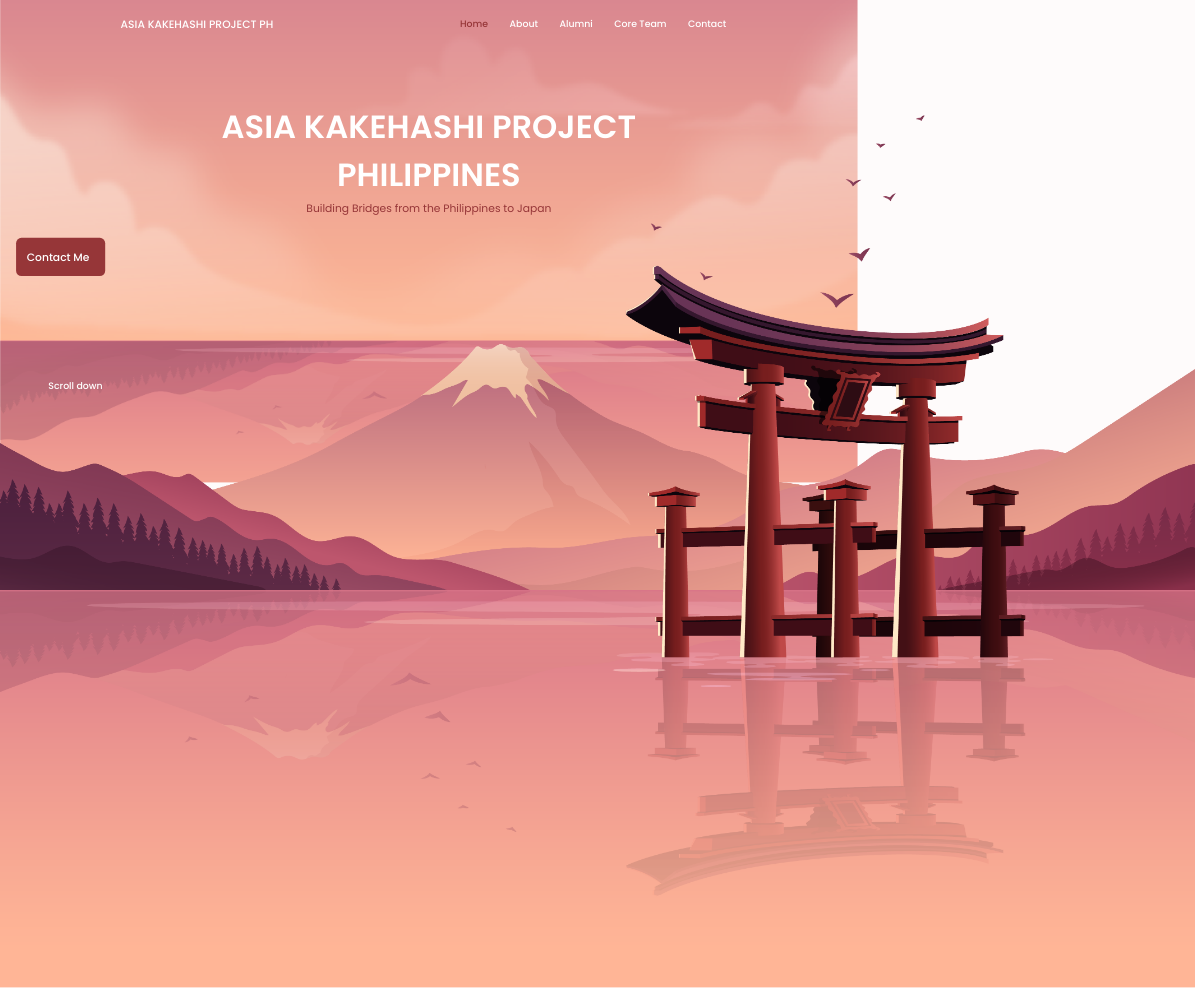
Repository: Aishie123/AKP-PH
Page: index.html
These files come from the project's save history. The page is drawn as it stood at one moment and after a run of saves; the edit follows.
The browser window is 1280 px wide. The page is 1784 px wide, then 1280 px, so the pictures cover 1784 px, including what lies to the right of the window. The pictures show the whole page, at 67% of full size.
Some icons come from a web library that is not loaded, so they are not drawn.

Above is the page before, as saved 2024-02-16 00:35:08.

### index.html
<!DOCTYPE html>
    <html lang="en">
    <head>
        <meta charset="UTF-8">
        <meta name="viewport" content="width=device-width, initial-scale=1.0">

        <!--==================== UNICONS ====================-->
        <link rel="stylesheet" href="https://unicons.iconscout.com/release/v4.0.8/css/line.css">


        <!--==================== CSS ====================-->
        <link rel="stylesheet" href="assets/css/styles.css">

        <title>Asia Kakehashi Project Philippines</title>
    </head>
    <body>
        <!--==================== HEADER ====================-->
        <header class="header" id="header">
            <nav class="nav container">
                <a href="#" class="nav__logo">ASIA KAKEHASHI PROJECT PH</a>

                <div class="nav__menu" id="nav-menu">
                    <ul class="nav__list grid">
                        <li class="nav__item">
                            <a href="#home" class="nav__link active-link">
                                <i class="uil uil-estate nav__icon"></i>Home
                            </a>
                        </li>
                        <li class="nav__item">
                            <a href="" class="nav__link">
                                <i class="uil uil-user nav__icon"></i>About
                            </a>
                        </li>
                        <li class="nav__item">
                            <a href="" class="nav__link">
                                <i class="uil uil-file-alt nav__icon"></i>Alumni
                            </a>
                        </li>
                        <li class="nav__item">
                            <a href="" class="nav__link">
                                <i class="uil uil-briefcase-alt nav__icon"></i>Core Team
                            </a>
                        </li>
                        <li class="nav__item">
                            <a href="#contact" class="nav__link">
                                <i class="uil uil-message nav__icon"></i>Contact
                            </a>
                        </li>
                    </ul>
                    <i class="uil uil-times nav__close" id="nav-close"></i>
                </div>

                <div class="nav__btns">
                    <!-- Theme change button -->
                    <i class="uil uil-moon change-theme" id="theme-button"></i>

                    <div class="nav__toggle" id="nav-toggle">
                        <i class="uil uil-apps"></i>
                    </div>
                </div>

            </nav>
        </header>

        <!--==================== MAIN ====================-->
        <main class="main">
            <!--==================== HOME ====================-->
            <section class="home section" id="home">
                <div class="home__container container grid">
                    <div class="home__content grid">
                        <div class="home__data">
                            <h1 class="home__title">ASIA KAKEHASHI PROJECT<br>PHILIPPINES</h1>
                            <p class="home__description">Building Bridges from the Philippines to Japan</p>
                            <a href="#contact" class="button button--flex">
                                Contact Me <i class="uil uil-message button__icon"></i>
                            </a>
                        </div>
                        <div class="home__parallax">
                            <img src="assets/img/bg/600ppi/Front_Mountains.png" id="front-mountains">
                        </div>
                    </div>

                    <div class="home__scroll">
                        <a href="#about" class="home__scroll-button button--flex">
                            <i class="uil uil-mouse-alt home__scroll-mouse"></i>
                            <span class="home__scroll-name">Scroll down</span>
                            <i class="uil uil-arrow-down home__scroll-arrow"></i>
                        </a>
                    </div>
                </div>
            </section>





        <!--==================== SCROLL TOP ====================-->
        <a href="" class="scrollup" id="scroll-up">
            <i class="uil uil-arrow-up scrollup__icon"></i>
        </a>

        <!--==================== MAIN JS ====================-->
        <script src="assets/js/main.js"></script>
    </body>
</html>

### assets/css/styles.css
/*==================== GOOGLE FONTS ====================*/
@import url('https://fonts.googleapis.com/css2?family=Poppins:wght@400;500;600&display=swap');

/*==================== VARIABLES CSS ====================*/
:root {
    --header-height: 3rem;

    /*========== Colors ==========*/
    /* Change favorite color */
    --hue-color: 359;

    /* HSL color mode */
    --first-color: hsl(var(--hue-color), 47%, 40%);
    --first-color-second: hsl(var(--hue-color), 47%, 40%);
    --first-color-alt: hsl(var(--hue-color), 35%, 32%);
    --first-color-lighter: hsl(var(--hue-color), 70%, 64%);
    --title-color: var(--container-color);
    --text-color: var(--first-color);
    --text-color-light: hsl(var(--hue-color), 8%, 65%);
    --input-color: hsl(var(--hue-color), 70%, 96%);
    --body-color: hsl(var(--hue-color), 60%, 99%);
    --container-color: #fff;
    --scroll-bar-color: hsl(var(--hue-color), 12%, 90%);
    --scroll-thumb-color: hsl(var(--hue-color), 12%, 80%);

    /*========== Font and typography ==========*/
    --body-font: 'Poppins', sans-serif;

    /* .5rem = 8px, 1rem = 16px, 1.5rem = 24px ... */
    --big-font-size: 2rem;
    --h1-font-size: 1.5rem;
    --h2-font-size: 1.25rem;
    --h3-font-size: 1.125rem;
    --normal-font-size: .938rem;
    --small-font-size: .813rem;
    --smaller-font-size: .75rem;

    /*========== Font weight ==========*/
    --font-medium: 500;
    --font-semi-bold: 600;

    /*========== Margins Bottom ==========*/
    /* .25rem = 4px, .5rem = 8px, .75rem = 12px ... */
    --mb-0-25: .25rem;
    --mb-0-5: .5rem;
    --mb-0-75: .75rem;
    --mb-1: 1rem;
    --mb-1-5: 1.5rem;
    --mb-2: 2rem;
    --mb-2-5: 2.5rem;
    --mb-3: 3rem;

    /*========== z index ==========*/
    --z-tooltip: 10;
    --z-fixed: 100;
    --z-modal: 1000;
}

/* Font size for large devices */
@media screen and (min-width: 968px) {
    :root {
        --big-font-size: 3rem;
        --h1-font-size: 2.25rem;
        --h2-font-size: 1.5rem;
        --h3-font-size: 1.25rem;
        --normal-font-size: 1rem;
        --small-font-size: .875rem;
        --smaller-font-size: .813rem;
    }
}

/*========== Variables Dark theme ==========*/
body.dark-theme{
  /* HSL color mode */
  --first-color-second: hsl(var(--hue-color), 30%, 8%);
  --title-color: var(--container-color);
  --text-color: hsl(var(--hue-color), 8%, 75%);
  --input-color: hsl(var(--hue-color), 29%, 16%);
  --body-color: hsl(var(--hue-color), 28%, 12%);
  --container-color: hsl(var(--hue-color), 29%, 16%);
  --scroll-bar-color: hsl(var(--hue-color), 12%, 48%);
  --scroll-thumb-color: hsl(var(--hue-color), 12%, 36%);
}

/*========== Button Dark/Light ==========*/
.nav__btns{
  display: flex;
  align-items: center;
}

.change-theme{
  font-size: 1.25rem;
  color: var(--title-color);
  margin-right: var(--mb-1);
  cursor: pointer;
}

.change-theme:hover{
  color: var(--first-color);
}

/*==================== BASE ====================*/
* {
  box-sizing: border-box;
  padding: 0;
  margin: 0;
}

html {
  scroll-behavior: smooth;
}

body {
  margin: 0 0 var(--header-height) 0;
  font-family: var(--body-font);
  font-size: var(--normal-font-size);
  background-color: var(--body-color);
  color: var(--text-color);
}

h1, h2, h3, h4 {
  color: var(--title-color);
  font-weight: var(--font-semi-bold);
}

ul {
  list-style: none;
}

a {
  text-decoration: none;
}

img {
  /*max-width: 100%;*/
  height: auto;
}

/*==================== REUSABLE CSS CLASSES ====================*/
/*
.section {
  padding: 2rem 0 4rem;
}
*/

.section__title {
  font-size: var(--h1-font-size);
  color: var(--title-color);
}

.section__subtitle {
  display: block;
  font-size: var(--small-font-size);
  margin-bottom: var(--mb-3);
}

.section__title,
.section__subtitle {
  text-align: center;
}

/*==================== LAYOUT ====================*/
.container {
  padding-left: var(--mb-1-5);
  padding-right: var(--mb-1-5);
}

.grid {
  display: grid;
  gap: 1.5rem;
}

.header {
  width: 100%;
  position: fixed;
  bottom: 0;
  left: 0;
  z-index: var(--z-fixed);
 /*background-color: var(--body-color);*/
}

/*==================== NAV ====================*/
.nav{
  max-width: 968px;
  height: var(--header-height);
  display: flex;
  justify-content: space-between;
  align-items: center;
}

.nav__logo,
.nav__toggle{
  color: var(--title-color);
  font-weight: var(--font-medium);
}

.nav__logo:hover{
  color: var(--first-color);
}

.nav__toggle{
  font-size: 1.1rem;
  cursor: pointer;
}

.nav__toggle:hover{
  color: var(--first-color);
}

@media screen and (max-width: 767px){
  .nav__menu{
    position: fixed;
    bottom: -100%;
    left: 0;
    width: 100%;
    background-color: var(--body-color);
    padding: 2rem 1.5rem 4rem;
    box-shadow: 0 -1px 4px rgba(0, 0, 0, 0.15);
    border-radius: 1.5rem 1.5rem 0 0;
    transition: .3s;
  }
}

.nav__list{
  grid-template-columns: repeat(3, 1fr);
  gap: 2rem;
}

.nav__link{
  display: flex;
  flex-direction: column;
  align-items: center;
  font-size: var(--small-font-size);
  color: var(--container-color);
  font-weight: var(--font-medium);
}

.nav__link:hover{
  color: var(--first-color);
}

.nav__icon{
  font-size: 1.2rem;
}

.nav__close{
  position: absolute;
  right: 1.3rem;
  bottom: .5rem;
  font-size: 1.5rem;
  cursor: pointer;
  color: var(--first-color);
}

.nav__close:hover{
  color: var(--first-color-alt);
}

/* show menu */
.show-menu{
  bottom: 0;
}

/* Active link */
.active-link{
  color: var(--first-color);
}

/* Change background header */
.scroll-header{
  box-shadow: 0 -1px 4px rgba(0, 0, 0, 0.15);
}

/*==================== HOME ====================*/
.home__container{
    gap: 1rem;
    background: url(../img/bg/600ppi/Back_Sky.png) center/cover no-repeat;
    height: 100vh;
  }

  .home__content {
    position: relative;
    padding-top: 3.5rem;
    align-items: center;
  }

  .home__parallax {
    position: absolute;
    top: 0;
    left: 0;
    width: 100%;
    height: 100%;
    z-index: var(--z-modal);
  }

  /* Resize specific elements within home__parallax */
  .home__parallax img {
    object-fit: contain;
  }

  #front-mountains {
    position: absolute;
    width: 130rem;
    top: 40rem;
    left: -20rem;
    bottom: 0;
    margin: auto;
}

  .home__social{
    display: grid;
    grid-template-columns: max-content;
    row-gap: 1rem;
  }

  .home__social-icon{
    font-size: 1.25rem;
    color: var(--first-color);
  }

  .home__social-icon:hover{
    color: var(--first-color-alt);
  }

  .home__data{
    z-index: var(--z-tooltip);
  }

  .home__title{
    font-size: var(--big-font-size);
    text-align: center;
  }

  .home__subtitle{
    font-size: var(--h3-font-size);
    color: var(--text-color);
    font-weight: var(--font-medium);
    margin-bottom: var(--mb-0-75);
  }

  .home__description{
    text-align: center;
    margin-bottom: var(--mb-2);
  }

  .home__scroll{
    display: none;
  }

  .home__scroll-button{
    color: var(--first-color);
    transition: .3s;
  }

  .home__scroll-button:hover{
    transform: translateY(.25rem);
  }

  .home__scroll-mouse{
    font-size: 2rem;
  }

  .home__scroll-name{
    font-size: var(--small-font-size);
    color: var(--title-color);
    font-weight: var(--font-medium);
    margin-right: var(--mb-0-25);
  }

  .home__scroll-arrow{
    font-size: 1.25rem;
  }

  /*==================== BUTTONS ====================*/
  .button{
    display: inline-block;
    background-color: var(--first-color);
    color: #FFF;
    padding: 1rem;
    border-radius: .5rem;
    font-weight: var(--font-medium);
  }

  .button:hover{
    background-color: var(--first-color-alt);
  }

  .button__icon{
    font-size: 1.25rem;
    margin-left: var(--mb-0-5);
    transition: .3s;
  }

  .button--flex{
    display: inline-flex;
    align-items: center;
  }




/*==================== FOOTER ====================*/
.footer{
    text-align: center;
    padding-top: 2rem;
  }

  .footer__container{
    row-gap: 1rem;
  }

  .footer__bg{
    background-color: var(--first-color-second);
    padding: 2rem 0 3rem;
  }

  .footer__title{
    font-size: var(--h1-font-size);
    margin-bottom: var(--mb-0-25);
  }

  .footer__subtitle{
    font-size: var(--small-font-size);
  }

  .footer__socials{
    font-size: 1.25rem;
    /* margin-right: var(--mb-1-5); */
    display: inline-block;
  }

  .footer__social:hover{
    color: var(--first-color-lighter);
  }

  .footer__copy{
    font-size: var(--smaller-font-size);
    text-align: center;
    margin-top: var(--mb-1);
  }

  .footer__title,
  .footer__subtitle,
  .footer__social,
  .footer__copy{
    color: #FFF
  }

  /*========== SCROLL UP ==========*/
  .scrollup{
    position: fixed;
    right: 1rem;
    bottom: -20%;
    background-color: var(--first-color);
    opacity: .8;
    padding: 0 .3rem;
    border-radius: .4rem;
    z-index: var(--z-tooltip);
    transition: .4s;
  }

  .scrollup:hover{
    background-color: var(--first-color-alt);
  }

  .scrollup__icon{
    font-size: 1.5rem;
    color: #FFF;
  }

  /* Show scroll */
  .show-scroll{
    bottom: 5rem;
  }

  /*========== SCROLL BAR ==========*/
  ::-webkit-scrollbar{
    width: .60rem;
    background-color: var(--scroll-bar-color);
    border-radius: .5rem;
  }

  ::-webkit-scrollbar-thumb{
    background-color: var(--scroll-thumb-color);
    border-radius: .5rem;
  }

  ::-webkit-scrollbar-thumb:hover{
    background-color: var(--text-color-light);
  }

  /*==================== MEDIA QUERIES ====================*/
  /* For small devices */
  @media screen and (max-width: 350px){
    .container{
      padding-left: var(--mb-1);
      padding-right: var(--mb-1);
    }

    .nav__menu{
      padding: 2rem .25rem 4rem;
    }

    .nav__list{
      column-gap: 0;
    }

  }

  /* For medium devices */
  @media screen and (min-width: 568px){

    .home__data{
      grid-column: initial;
    }
    .home__img{
      order: 1;
      justify-self: center;
    }
  }

  @media screen and (min-width: 768px){
    .container{
      margin-left: auto;
      margin-right: auto;
    }

    body{
      margin: 0;
    }

    .section__subtitle{
      margin-bottom: 4rem;
    }

    .header{
      top: 0;
      bottom: initial;
    }



    .nav{
      height: calc(var(--header-height) + 1.5rem);
      column-gap: 1rem;
    }

    .nav__icon,
    .nav__close,
    .nav__toggle{
      display: none;
    }

    .nav__list{
      display: flex;
      column-gap: 2rem;
    }
    .nav__menu{
      margin-left: auto;
    }
    .change-theme{
      margin: 0;
    }

    .home__container{
      row-gap: 5rem;
    }
    .home__content{
      padding-top: 5.5rem;
      column-gap: 2rem;
    }
    .home__scroll{
      display: block;
    }
    .home__scroll-button{
      margin-left: 3rem;
    }

  }

  /* For large devices */
  @media screen and (min-width: 1024px){
    .header,
    .main,
    .footer__container{
      padding: 0;
    }

    .home__social{
      transform: translateX(-6rem);
    }

  }

### assets/js/main.js
/*==================== DARK LIGHT THEME ====================*/

const themeButton = document.getElementById('theme-button')
const darkTheme = 'dark-theme'
const iconTheme = 'uil-sun'

// Previously selected topic (if user selected)
const selectedTheme = localStorage.getItem('selected-theme')
const selectedIcon = localStorage.getItem('selected-icon')

// We obtain the current theme that the interface has by validating the dark-theme class
const getCurrentTheme = () => document.body.classList.contains(darkTheme) ? 'dark' : 'light'
const getCurrentIcon = () => themeButton.classList.contains(iconTheme) ? 'uil-moon' : 'uil-sun'

// We validate if the user previously chose a topic
if (selectedTheme) {
  // If the validation is fulfilled, we ask what the issue was to know if we activated or deactivated the dark
  document.body.classList[selectedTheme === 'dark' ? 'add' : 'remove'](darkTheme)
  themeButton.classList[selectedIcon === 'uil-moon' ? 'add' : 'remove'](iconTheme)
}

// Activate / deactivate the theme manually with the button
themeButton.addEventListener('click', () => {
    // Add or remove the dark / icon theme
    document.body.classList.toggle(darkTheme)
    themeButton.classList.toggle(iconTheme)
    // We save the theme and the current icon that the user chose
    localStorage.setItem('selected-theme', getCurrentTheme())
    localStorage.setItem('selected-icon', getCurrentIcon())
})

After the next 2 saves:
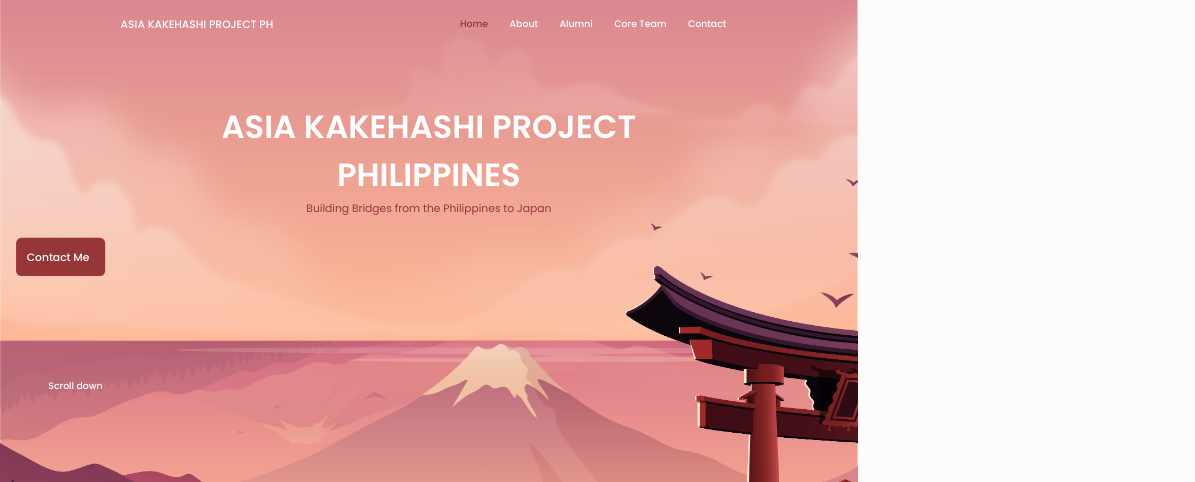
The 2 saves are shown as one change because they came seconds apart.
The last was saved 24 s later.
--- a/assets/css/styles.css
+++ b/assets/css/styles.css
@@ -276,7 +276,9 @@
     gap: 1rem;
     background: url(../img/bg/600ppi/Back_Sky.png) center/cover no-repeat;
     height: 100vh;
-  }
+    background-size: cover; /* This will make the background image cover the entire container */
+  overflow: hidden; /* Hide any content that overflows the container */
+}
 
   .home__content {
     position: relative;
